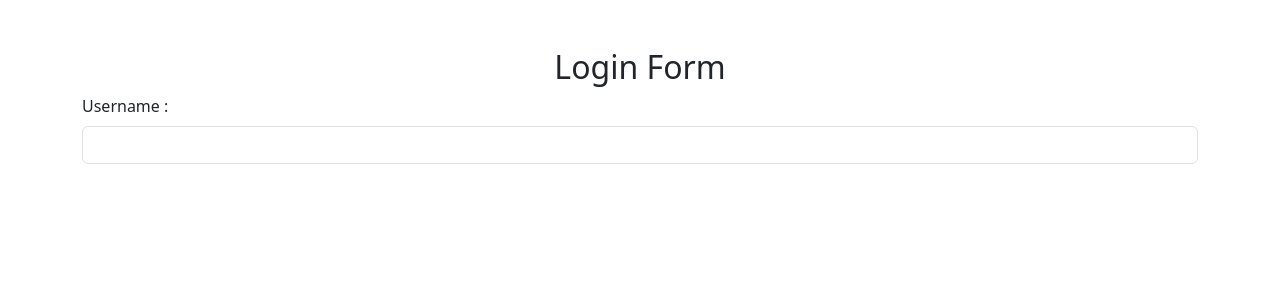
Repository: nyeinsu4520/coursera-test
Page: http://localhost/J2P_J2EE/login.jsp
An editor plug-in stored every save of this project. The page is shown before and after the next save, followed by the edit.
The browser window is 1280 px wide. The pictures show the whole page.
The page is served by Tomcat 9.

Above is the page before, as saved 2024-05-27 13:09:06.

After the next save:
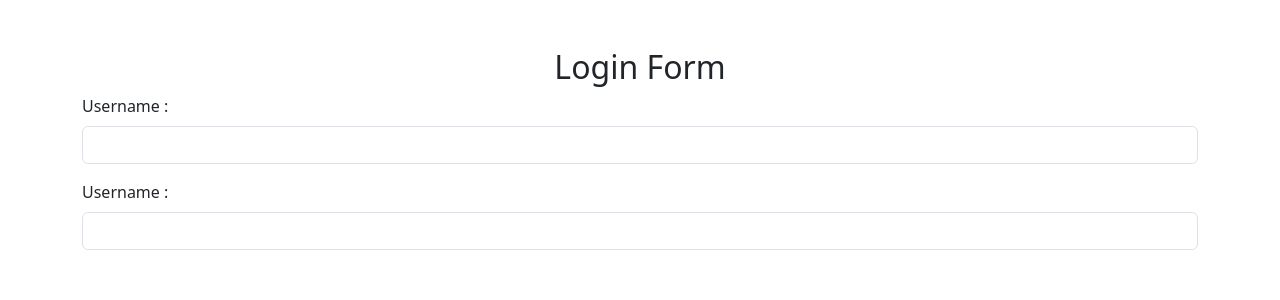
Saved 12 s later.
--- a/J2P_J2EE/src/main/webapp/login.jsp
+++ b/J2P_J2EE/src/main/webapp/login.jsp
@@ -17,6 +17,10 @@
 		<label for="username" class="form-label">Username : </label>
 		<input type="text" class="form-control" id="username" name="uname">
 		</div>
+		<div class="mb-3">
+		<label for="username" class="form-label">Username : </label>
+		<input type="text" class="form-control" id="username" name="uname">
+		</div>
 		</form>
 	</div>
 </body>
